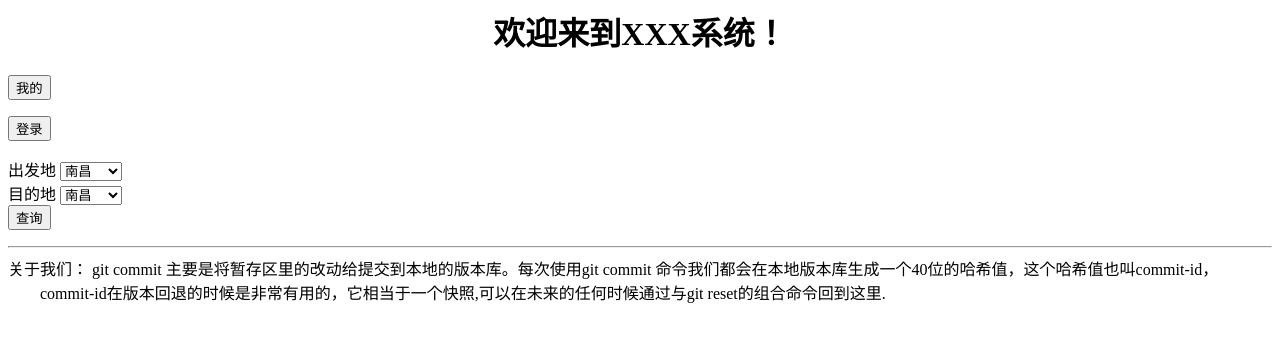
Repository: never-404/Intelligent-recommendation-system
Page: http://localhost/Intelligent-recommendation-system/mainpage.jsp
These files come from the project's save history. The page is drawn as it stood at one moment and after the next save; the edit follows.
The browser window is 1280 px wide. The pictures show the whole page.
The page is served by Tomcat 9. Nobody is signed in. The application's start-up code is not run. Other server files are loaded and not shown.

Above is the page before, as saved 2019-04-12 10:17:49.

### Intelligent-recommendation-system/WebRoot/mainpage.jsp
<%@ page language="java" contentType= "text/html;charset=gb2312" %>
<html>

	<head>
		<title>XXX系统</title>
	    <meta charset="utf-8">

		<style type="text/css">
		div.title
		{
			margin:auto;
			width:25%;
			background-color:#b0e0e6;
		}
		div.table
		{
			margin:auto;
			width:25%;
			background-color:#b0e0e6;
		}
		lable { float: left; width: 7em; margin-right:1em; text-align: right; }
		h1	  {text-align: center}

        div.a{
            text-align:center;
            vertical-align:middle;
        }
        img{max-width: 100%; height:auto;}

</style>
	</head>

	<body>

	<h1>欢迎来到XXX系统！</h1>
	<!-- 两者选其一显示 -->
	<form action = "mine.jsp" method = "post">
		<input type="submit" value ="我的">
	</form>

	<form action = "log.jsp" method = "post">
		<input type="submit" value ="登录">
	</form>

    	出发地
    	<select>
    		<option>南昌</option>
    		<option>北京</option>
    		<option>黑龙江</option>
    	</select>
        <br>

    	目的地
    	<select>
    		<option>南昌</option>
    		<option>北京</option>
    		<option>黑龙江</option>
    	</select>
        <br>

	<form action = "result.jsp" method = "post">
		<input type="submit" value ="查询">
	</form>

	<hr>
	关于我们： git commit 主要是将暂存区里的改动给提交到本地的版本库。每次使用git commit 命令我们都会在本地版本库生成一个40位的哈希值，这个哈希值也叫commit-id，
　　commit-id在版本回退的时候是非常有用的，它相当于一个快照,可以在未来的任何时候通过与git reset的组合命令回到这里.
        <br>


	</body>


</html>

After the next save:
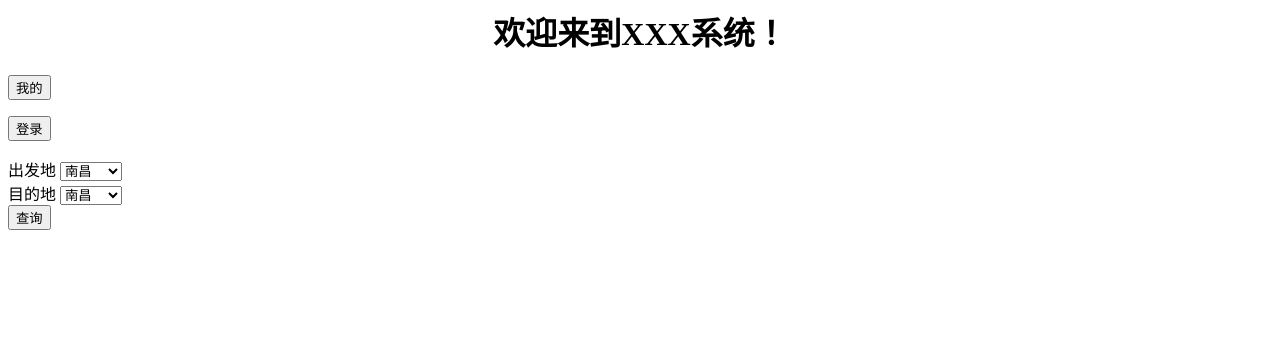
Saved 19 s later.
--- a/Intelligent-recommendation-system/WebRoot/mainpage.jsp
+++ b/Intelligent-recommendation-system/WebRoot/mainpage.jsp
@@ -62,10 +62,6 @@
 		<input type="submit" value ="查询">
 	</form>
 
-	<hr>
-	关于我们： git commit 主要是将暂存区里的改动给提交到本地的版本库。每次使用git commit 命令我们都会在本地版本库生成一个40位的哈希值，这个哈希值也叫commit-id，
-　　commit-id在版本回退的时候是非常有用的，它相当于一个快照,可以在未来的任何时候通过与git reset的组合命令回到这里.
-        <br>
 
 
 	</body>
